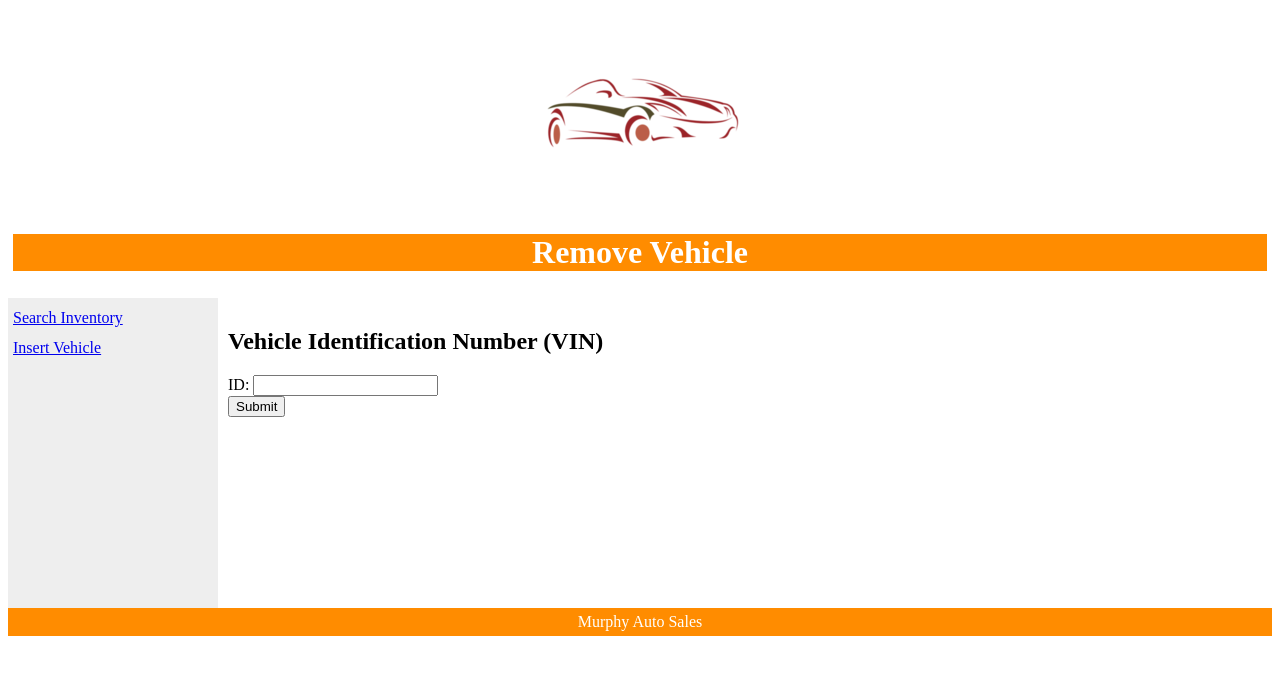
Repository: CamdenMurphy/workspace4830-intro-to-software-engineering
Page: techExercise/techExercise-Murphy/src/main/webapp/delete_murphy.html
The author's editor kept a copy of each file at every save. The page is drawn from the files as they stood at one save, then again after the next save.
The browser window is 1280 px wide. The pictures show the whole page.

Above is the page before, as saved 2023-10-12 06:28:57.

After the next save:
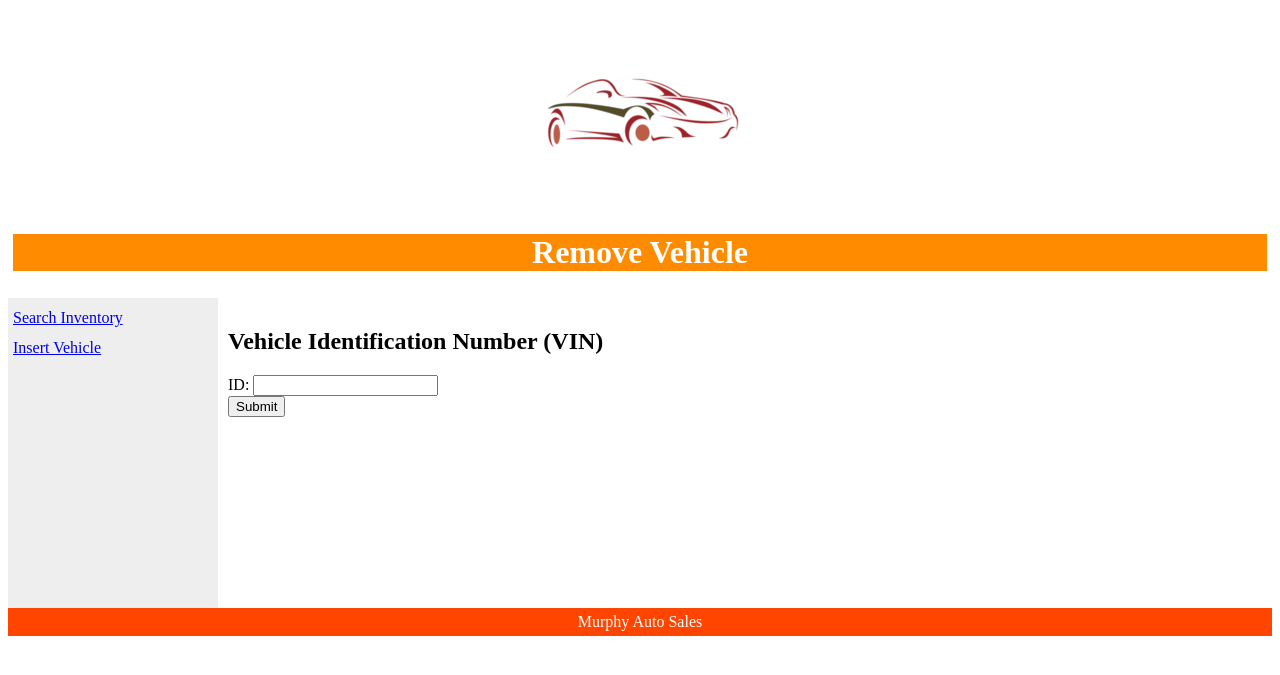
Saved 78 s later.
--- a/techExercise/techExercise-Murphy/src/main/webapp/delete_murphy.html
+++ b/techExercise/techExercise-Murphy/src/main/webapp/delete_murphy.html
@@ -23,7 +23,7 @@ section {
     padding:10px;
 }
 footer {
-    background-color:darkorange;
+    background-color:orangered;
     color:White;
     clear:both;
     text-align:center;
